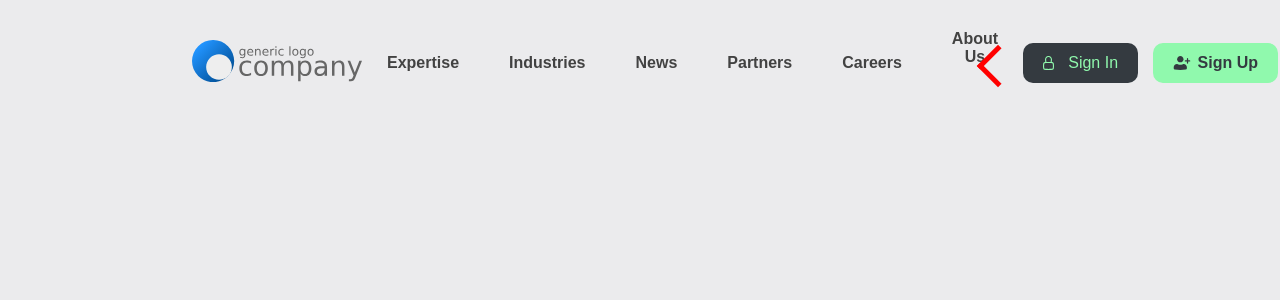
Repository: Andriy-Ma/widgetTask
Page: /
The author's editor kept a copy of each file at every save. The page is drawn from the files as they stood at one save, then again after the next save.
The browser window is 1280 px wide. The pictures show the whole page.
Some web fonts or font styles are not loaded; a fallback is used. The project was rebuilt for these pictures with package versions that can differ from the ones it lists, and the page was loaded fresh each time.

Above is the page before, as saved 2022-08-29 18:08:42.

### public/index.html
<!DOCTYPE html>
<html lang="en">
  <head>
    <meta charset="utf-8" />
    <link rel="icon" href="%PUBLIC_URL%/favicon.ico" />
    <link rel="stylesheet" href="https://use.typekit.net/clw7fgu.css">
    <meta name="viewport" content="width=device-width, initial-scale=1" />
    <meta name="theme-color" content="#000000" />
    <meta
      name="description"
      content="Web site created using create-react-app"
    />
    <link rel="apple-touch-icon" href="%PUBLIC_URL%/logo192.png" />
    <!--
      manifest.json provides metadata used when your web app is installed on a
      user's mobile device or desktop. See https://developers.google.com/web/fundamentals/web-app-manifest/
    -->
    <link rel="manifest" href="%PUBLIC_URL%/manifest.json" />
    <!--
      Notice the use of %PUBLIC_URL% in the tags above.
      It will be replaced with the URL of the `public` folder during the build.
      Only files inside the `public` folder can be referenced from the HTML.

      Unlike "/favicon.ico" or "favicon.ico", "%PUBLIC_URL%/favicon.ico" will
      work correctly both with client-side routing and a non-root public URL.
      Learn how to configure a non-root public URL by running `npm run build`.
    -->
    <title>React App</title>
  </head>
  <body>
    <noscript>You need to enable JavaScript to run this app.</noscript>
    <div id="root"></div>
    <!--
      This HTML file is a template.
      If you open it directly in the browser, you will see an empty page.

      You can add webfonts, meta tags, or analytics to this file.
      The build step will place the bundled scripts into the <body> tag.

      To begin the development, run `npm start` or `yarn start`.
      To create a production bundle, use `npm run build` or `yarn build`.
    -->
  </body>
</html>

### src/index.css
* {
  box-sizing: border-box;
  margin: 0;
  padding: 0;
}
body {
  font-family: 'Poppins', sans-serif;
  background-color: #ebebed;
  -webkit-font-smoothing: antialiased;
  -moz-osx-font-smoothing: grayscale;
}

### src/App.js
import React from 'react';
import styles from './App.module.css';
import Header from './components/Header/header';

function App() {
  return (
    <div className={styles.container}>
      <Header/>
    </div>
  );
}

export default App;

### src/App.module.css
.container {
    display: block;
    align-items: center;
    justify-content: center;
    padding-left: 15%;
    padding-right: 15%;
}

### src/components/Header/header.jsx
import React from 'react';
import Icon from './logo-generic';
import {ReactComponent as Lock} from './lock.svg';
import {ReactComponent as SignUp} from './signup.svg';
import styles from './header.module.css';

function Header() {
  return (
    <div className={styles.header}>
        <div className={styles.logo}>
          <a href="#home">
            <Icon/>
          </a>
        </div>
        <div className={styles.middleOfHeader}>
          <a href="#expertise">Expertise</a>
          <a href="#industries">Industries</a>
          <a href="#news">News</a>
          <a href="#partners">Partners</a>
          <a href="#careers">Careers</a>
          <a href="#aboutus" className={styles.aboutUs}>About Us</a>
        </div>
        <div className={styles.buttonsHeader}>
          <div className={styles.signin}>
            <Lock/>
            <p>Sign In</p>
          </div>
          <div className={styles.signup}>
            <SignUp/>
            <p>Sign Up</p>
          </div>
        </div>
    </div>
  )
}

export default Header;

### src/components/Header/logo-generic.jsx
import React from "react";

function Icon() {
  return (
    <svg
      xmlns="http://www.w3.org/2000/svg"
      version="1.1"
      viewBox="0 0 1425.8 353.74"
    >
      <defs>
        <linearGradient
          id="linearGradient5311"
          x1="-467.57"
          x2="-469.87"
          y1="-68.973"
          y2="488.43"
          gradientUnits="userSpaceOnUse"
        >
          <stop offset="0" stopColor="#2294fe"></stop>
          <stop offset="1" stopColor="#014f96"></stop>
        </linearGradient>
      </defs>
      <g transform="translate(364.43 8.482)">
        <g>
          <g fill="#666" transform="translate(-14.426 -21.336)">
            <path d="M145.49 192.37v19.095c-5.773-3.182-11.583-5.55-17.43-7.105a64.331 64.331 0 00-17.541-2.443c-13.248 0-23.536 4.22-30.863 12.657-7.327 8.363-10.991 20.13-10.991 35.304 0 15.172 3.663 26.977 10.991 35.415 7.327 8.363 17.615 12.545 30.863 12.545 5.92 0 11.768-.778 17.541-2.332 5.847-1.628 11.657-4.033 17.43-7.216v18.873a83.693 83.693 0 01-17.763 5.995c-6.07 1.332-12.545 1.998-19.428 1.998-18.725 0-33.601-5.884-44.629-17.652s-16.542-27.643-16.542-47.627c0-20.279 5.55-36.229 16.653-47.849 11.176-11.62 26.459-17.43 45.85-17.43 6.29 0 12.434.666 18.429 1.999a81.647 81.647 0 0117.43 5.772"></path>
            <path d="M228.98 201.92c-10.954 0-19.613 4.293-25.978 12.878-6.365 8.511-9.548 20.205-9.548 35.082 0 14.876 3.146 26.607 9.437 35.193 6.365 8.511 15.061 12.767 26.089 12.767 10.88 0 19.502-4.293 25.867-12.878 6.365-8.585 9.547-20.279 9.547-35.082 0-14.728-3.182-26.385-9.547-34.971-6.365-8.66-14.987-12.989-25.867-12.989m0-17.319c17.763 0 31.714 5.773 41.854 17.319s15.209 27.532 15.209 47.96c0 20.353-5.07 36.34-15.209 47.96-10.14 11.546-24.091 17.319-41.854 17.319-17.837 0-31.825-5.773-41.965-17.319-10.066-11.62-15.098-27.606-15.098-47.96 0-20.427 5.033-36.414 15.098-47.96 10.14-11.546 24.128-17.319 41.965-17.319"></path>
            <path d="M416.6 211.46c5.107-9.177 11.213-15.949 18.318-20.316 7.105-4.367 15.468-6.55 25.09-6.55 12.952 0 22.943 4.552 29.975 13.655 7.03 9.03 10.546 21.908 10.547 38.634v75.048h-20.538v-74.382c0-11.916-2.11-20.76-6.328-26.533-4.219-5.773-10.658-8.66-19.317-8.66-10.584 0-18.947 3.516-25.09 10.548-6.143 7.03-9.215 16.616-9.214 28.754v70.274h-20.538V237.55c0-11.99-2.11-20.834-6.328-26.533-4.22-5.773-10.732-8.66-19.54-8.66-10.435 0-18.724 3.553-24.867 10.658-6.143 7.031-9.215 16.58-9.215 28.643v70.274h-20.538v-124.34h20.538v19.317c4.663-7.623 10.251-13.248 16.764-16.875 6.513-3.626 14.247-5.44 23.203-5.44 9.03 0 16.69 2.295 22.981 6.883 6.365 4.59 11.065 11.25 14.099 19.983"></path>
            <path d="M560.7 293.28v65.945h-20.538v-171.63H560.7v18.873c4.293-7.401 9.695-12.878 16.209-16.431 6.587-3.627 14.432-5.44 23.536-5.44 15.098 0 27.347 5.995 36.747 17.985 9.473 11.99 14.21 27.755 14.21 47.294 0 19.54-4.737 35.304-14.21 47.294-9.4 11.99-21.649 17.985-36.747 17.985-9.104 0-16.949-1.776-23.536-5.329-6.513-3.626-11.916-9.14-16.209-16.542m69.497-43.408c0-15.024-3.109-26.792-9.326-35.304-6.143-8.585-14.617-12.878-25.423-12.878-10.806 0-19.317 4.293-25.534 12.878-6.143 8.512-9.214 20.28-9.214 35.304 0 15.024 3.071 26.83 9.214 35.415 6.217 8.512 14.728 12.767 25.534 12.767s19.28-4.255 25.423-12.767c6.217-8.585 9.326-20.39 9.326-35.415"></path>
            <path d="M741.77 249.43c-16.505 0-27.94 1.887-34.304 5.662-6.365 3.775-9.548 10.214-9.547 19.317 0 7.253 2.368 13.026 7.105 17.319 4.81 4.219 11.324 6.328 19.539 6.328 11.324 0 20.39-3.997 27.199-11.99 6.883-8.067 10.325-18.762 10.325-32.084v-4.552H741.77m40.744-8.437v70.94h-20.427V293.06c-4.663 7.549-10.473 13.137-17.43 16.764-6.958 3.552-15.47 5.329-25.534 5.329-12.73 0-22.87-3.553-30.42-10.658-7.475-7.18-11.212-16.764-11.212-28.754 0-13.988 4.662-24.535 13.988-31.64 9.4-7.106 23.388-10.658 41.965-10.658h28.643v-1.999c0-9.4-3.109-16.653-9.326-21.759-6.143-5.18-14.802-7.77-25.978-7.77-7.105 0-14.025.85-20.76 2.552-6.735 1.703-13.21 4.256-19.428 7.66v-18.872c7.475-2.887 14.728-5.033 21.76-6.44 7.03-1.48 13.876-2.22 20.537-2.22 17.985 0 31.418 4.663 40.3 13.988 8.88 9.326 13.321 23.462 13.321 42.41"></path>
            <path d="M928.5 236.89v75.048h-20.427v-74.382c0-11.768-2.295-20.575-6.883-26.422-4.589-5.847-11.472-8.77-20.65-8.77-11.027 0-19.723 3.515-26.088 10.547-6.365 7.03-9.548 16.616-9.548 28.754v70.274h-20.538v-124.34h20.538v19.317c4.885-7.476 10.621-13.063 17.208-16.764 6.661-3.7 14.321-5.551 22.981-5.551 14.284 0 25.09 4.44 32.417 13.322 7.327 8.807 10.991 21.797 10.991 38.967"></path>
            <path d="M1021.2 323.48c-5.773 14.802-11.398 24.461-16.875 28.976-5.477 4.515-12.804 6.772-21.981 6.772h-16.32v-17.097h11.99c5.625 0 9.992-1.332 13.1-3.996s6.55-8.956 10.325-18.873l3.664-9.326-50.291-122.34h21.648l38.856 97.252 38.856-97.252h21.648l-54.621 135.89"></path>
          </g>
          <g fill="#666" transform="translate(-416.34 -21.336)">
            <path d="M489.95 115.06c0-6.675-1.385-11.848-4.155-15.519-2.737-3.671-6.592-5.507-11.564-5.507-4.94 0-8.794 1.836-11.564 5.507-2.737 3.671-4.105 8.844-4.105 15.519 0 6.642 1.368 11.798 4.105 15.469 2.77 3.671 6.625 5.507 11.564 5.507 4.973 0 8.827-1.836 11.564-5.507 2.77-3.671 4.155-8.828 4.155-15.469m9.211 21.727c0 9.545-2.119 16.637-6.357 21.276-4.24 4.672-10.73 7.009-19.474 7.009-3.238 0-6.292-.25-9.162-.751a44.69 44.69 0 01-8.36-2.203v-8.961c2.703 1.468 5.373 2.553 8.01 3.254 2.636.7 5.323 1.051 8.06 1.051 6.04 0 10.563-1.585 13.567-4.756 3.004-3.137 4.505-7.893 4.505-14.268v-4.555c-1.902 3.304-4.338 5.774-7.309 7.409-2.97 1.635-6.524 2.453-10.663 2.453-6.875 0-12.415-2.62-16.62-7.86-4.206-5.24-6.308-12.182-6.308-20.826 0-8.677 2.102-15.636 6.307-20.876 4.206-5.24 9.746-7.86 16.621-7.86 4.139 0 7.693.818 10.663 2.454 2.97 1.635 5.407 4.105 7.31 7.409v-8.51h9.21v49.11"></path>
            <path d="M566.09 113.41v4.506h-42.352c.4 6.34 2.303 11.18 5.707 14.518 3.438 3.304 8.21 4.956 14.318 4.956 3.538 0 6.959-.434 10.263-1.302 3.337-.868 6.642-2.17 9.912-3.905v8.711a55.24 55.24 0 01-10.163 3.204 50.9 50.9 0 01-10.563 1.102c-8.944 0-16.037-2.604-21.276-7.81-5.206-5.207-7.81-12.248-7.81-21.126 0-9.178 2.47-16.454 7.41-21.827 4.973-5.407 11.664-8.11 20.075-8.11 7.542 0 13.5 2.436 17.872 7.309 4.405 4.84 6.608 11.43 6.608 19.774m-9.211-2.703c-.067-5.04-1.486-9.062-4.256-12.065-2.736-3.004-6.374-4.506-10.914-4.506-5.14 0-9.261 1.452-12.365 4.355-3.07 2.904-4.839 6.992-5.306 12.265l32.84-.05"></path>
            <path d="M627.62 109.9v33.842h-9.211v-33.541c0-5.306-1.035-9.278-3.104-11.915-2.07-2.636-5.173-3.955-9.312-3.955-4.973 0-8.894 1.585-11.765 4.756-2.87 3.17-4.305 7.493-4.305 12.966v31.689h-9.261V87.673h9.261v8.71c2.203-3.37 4.79-5.89 7.76-7.558 3.003-1.67 6.458-2.503 10.363-2.504 6.44 0 11.314 2.003 14.618 6.008 3.304 3.971 4.956 9.829 4.956 17.572"></path>
            <path d="M694.05 113.41v4.506h-42.352c.4 6.34 2.303 11.18 5.707 14.518 3.438 3.304 8.21 4.956 14.318 4.956 3.538 0 6.959-.434 10.263-1.302 3.337-.868 6.642-2.17 9.912-3.905v8.711a55.24 55.24 0 01-10.163 3.204 50.9 50.9 0 01-10.563 1.102c-8.944 0-16.037-2.604-21.276-7.81-5.206-5.207-7.81-12.248-7.81-21.126 0-9.178 2.47-16.454 7.41-21.827 4.973-5.407 11.664-8.11 20.075-8.11 7.543 0 13.5 2.436 17.872 7.309 4.405 4.84 6.608 11.43 6.608 19.774m-9.211-2.703c-.067-5.04-1.486-9.062-4.256-12.065-2.736-3.004-6.374-4.506-10.913-4.506-5.14 0-9.261 1.452-12.365 4.355-3.07 2.904-4.839 6.992-5.306 12.265l32.84-.05"></path>
            <path d="M741.46 96.286a11.624 11.624 0 00-3.404-1.302c-1.202-.3-2.537-.45-4.005-.45-5.207 0-9.212 1.702-12.015 5.106-2.77 3.371-4.155 8.227-4.155 14.568v29.537h-9.262V87.676h9.262v8.71c1.935-3.403 4.455-5.923 7.56-7.558 3.103-1.67 6.874-2.503 11.313-2.503.634 0 1.335.05 2.103.15.767.067 1.618.183 2.553.35l.05 9.462"></path>
            <path d="M751.22 87.676h9.211v56.069h-9.211V87.676m0-21.827h9.211v11.664h-9.211V65.849"></path>
            <path d="M820.01 89.828v8.61c-2.603-1.434-5.223-2.502-7.86-3.203a29.012 29.012 0 00-7.91-1.102c-5.974 0-10.613 1.903-13.917 5.707-3.304 3.772-4.956 9.078-4.956 15.92 0 6.842 1.652 12.165 4.957 15.97 3.304 3.772 7.943 5.657 13.917 5.657 2.67 0 5.306-.35 7.91-1.051 2.636-.734 5.256-1.819 7.859-3.254v8.51a37.736 37.736 0 01-8.01 2.704c-2.737.6-5.657.9-8.76.9-8.445 0-15.153-2.652-20.126-7.959-4.973-5.306-7.459-12.465-7.459-21.477 0-9.144 2.503-16.337 7.51-21.577 5.039-5.24 11.93-7.86 20.675-7.86 2.837 0 5.607.3 8.31.902a36.82 36.82 0 017.86 2.603"></path>
            <path d="M868.57 65.849h9.211v77.896h-9.211V65.849"></path>
            <path d="M918.73 94.134c-4.94 0-8.844 1.936-11.714 5.807-2.87 3.838-4.305 9.111-4.305 15.82s1.418 11.998 4.255 15.87c2.87 3.838 6.792 5.757 11.765 5.757 4.906 0 8.794-1.935 11.664-5.807 2.87-3.871 4.305-9.144 4.305-15.82 0-6.641-1.435-11.898-4.305-15.769-2.87-3.905-6.758-5.857-11.664-5.857m0-7.81c8.01 0 14.301 2.604 18.873 7.81 4.572 5.206 6.858 12.415 6.859 21.627 0 9.178-2.287 16.387-6.859 21.627-4.572 5.206-10.863 7.81-18.873 7.81-8.043 0-14.351-2.604-18.923-7.81-4.539-5.24-6.808-12.45-6.808-21.627 0-9.211 2.27-16.42 6.808-21.627 4.572-5.206 10.88-7.81 18.923-7.81"></path>
            <path d="M996.58 115.06c0-6.675-1.385-11.848-4.155-15.519-2.737-3.671-6.592-5.507-11.564-5.507-4.94 0-8.794 1.836-11.564 5.507-2.737 3.671-4.105 8.844-4.105 15.519 0 6.642 1.368 11.798 4.105 15.469 2.77 3.671 6.625 5.507 11.564 5.507 4.973 0 8.828-1.836 11.564-5.507 2.77-3.671 4.155-8.828 4.155-15.469m9.211 21.727c0 9.545-2.119 16.637-6.357 21.276-4.24 4.672-10.73 7.009-19.474 7.009-3.238 0-6.292-.25-9.162-.751a44.69 44.69 0 01-8.36-2.203v-8.961c2.703 1.468 5.373 2.553 8.01 3.254 2.636.7 5.323 1.051 8.06 1.051 6.04 0 10.563-1.585 13.567-4.756 3.003-3.137 4.505-7.893 4.505-14.268v-4.555c-1.902 3.304-4.338 5.774-7.309 7.409-2.97 1.635-6.524 2.453-10.663 2.453-6.875 0-12.415-2.62-16.62-7.86-4.206-5.24-6.308-12.182-6.308-20.826 0-8.677 2.102-15.636 6.307-20.876 4.206-5.24 9.746-7.86 16.621-7.86 4.139 0 7.693.818 10.663 2.454 2.97 1.635 5.407 4.105 7.31 7.409v-8.51h9.21v49.11"></path>
            <path d="M1046.5 94.134c-4.94 0-8.844 1.936-11.714 5.807-2.87 3.838-4.305 9.111-4.305 15.82s1.418 11.998 4.255 15.87c2.87 3.838 6.792 5.757 11.765 5.757 4.906 0 8.794-1.935 11.664-5.807 2.87-3.871 4.305-9.144 4.305-15.82 0-6.641-1.435-11.898-4.305-15.769-2.87-3.905-6.758-5.857-11.664-5.857m0-7.81c8.01 0 14.3 2.604 18.873 7.81 4.572 5.206 6.858 12.415 6.858 21.627 0 9.178-2.286 16.387-6.858 21.627-4.572 5.206-10.864 7.81-18.873 7.81-8.043 0-14.351-2.604-18.924-7.81-4.539-5.24-6.808-12.45-6.808-21.627 0-9.211 2.269-16.42 6.808-21.627 4.572-5.206 10.88-7.81 18.924-7.81"></path>
          </g>
          <g transform="rotate(-45 269.773 885.347) scale(.61927)">
            <path
              fill="url(#linearGradient5311)"
              d="M-184.26 202.82c0 157.74-127.87 285.61-285.61 285.61s-285.61-127.87-285.61-285.61S-627.61-82.79-469.87-82.79s285.61 127.87 285.61 285.61z"
              transform="translate(1202 -114.01)"
            ></path>
            <path
              fill="#eee"
              d="M-184.26 202.82c0 157.74-127.87 285.61-285.61 285.61s-285.61-127.87-285.61-285.61S-627.61-82.79-469.87-82.79s285.61 127.87 285.61 285.61z"
              transform="translate(1018.2 79.03) scale(.60887)"
            ></path>
          </g>
        </g>
      </g>
    </svg>
  );
}

export default Icon;

### src/components/Header/header.module.css
.logo {
    display: block;
    min-width: 170px;
}
.header {
    display: flex;
    justify-content: space-between;
    align-items: center;
    padding-top: 30px;
    min-width: 1000px;
}
.middleOfHeader {
    display: flex;
    justify-content: space-between;
    align-items: center;
    text-decoration: none;
}
.middleOfHeader a {
    display: block;
    color: #424242;
    text-align: center;
    padding: 0px 25px;
    text-decoration: none;
    font-size: 16px;
    font-weight: 600;
}
.aboutUs::after{
    content: '';
    border-left: 5px solid red;
  border-top: 5px solid red;
  width: 25px;
  height: 25px;
  float: right;
  transform: translate(50%, -50%) rotate(-45deg);
}
.buttonsHeader {
    display: flex;
    justify-content: space-between;
    align-items: center;
}
.buttonsHeader:hover {
    cursor: pointer;
}
.signin {
    display: flex;
    justify-content: space-between;
    align-items: center;
    color: #90F9AD;
    background-color: #343A40;
    font-weight: 500;
    padding: 0px 20px;
    border-radius: 10px;
    width: 115px;
    height: 40px;
    margin-right: 15px;
}
.signup {
    display: flex;
    justify-content: space-between;
    align-items: center;
    color: #343A40;
    background-color: #90F9AD;
    font-weight: 600;
    padding: 0px 20px;
    border-radius: 10px;
    width: 125px;
    height: 40px;
}

Loaded but not shown: src/index.js (common file)

After the next save:
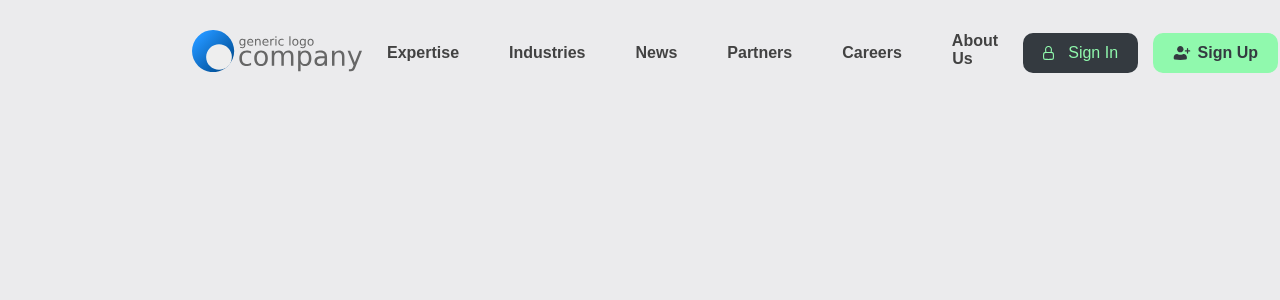
Saved 30 s later.
--- a/src/components/Header/header.module.css
+++ b/src/components/Header/header.module.css
@@ -26,12 +26,12 @@
 }
 .aboutUs::after{
     content: '';
-    border-left: 5px solid red;
-  border-top: 5px solid red;
+    border-left: 2px solid 90F9AD;
+  border-top: 2px solid 90F9AD;
   width: 25px;
   height: 25px;
   float: right;
-  transform: translate(50%, -50%) rotate(-45deg);
+  transform: translate(50%, -50%) ;
 }
 .buttonsHeader {
     display: flex;
